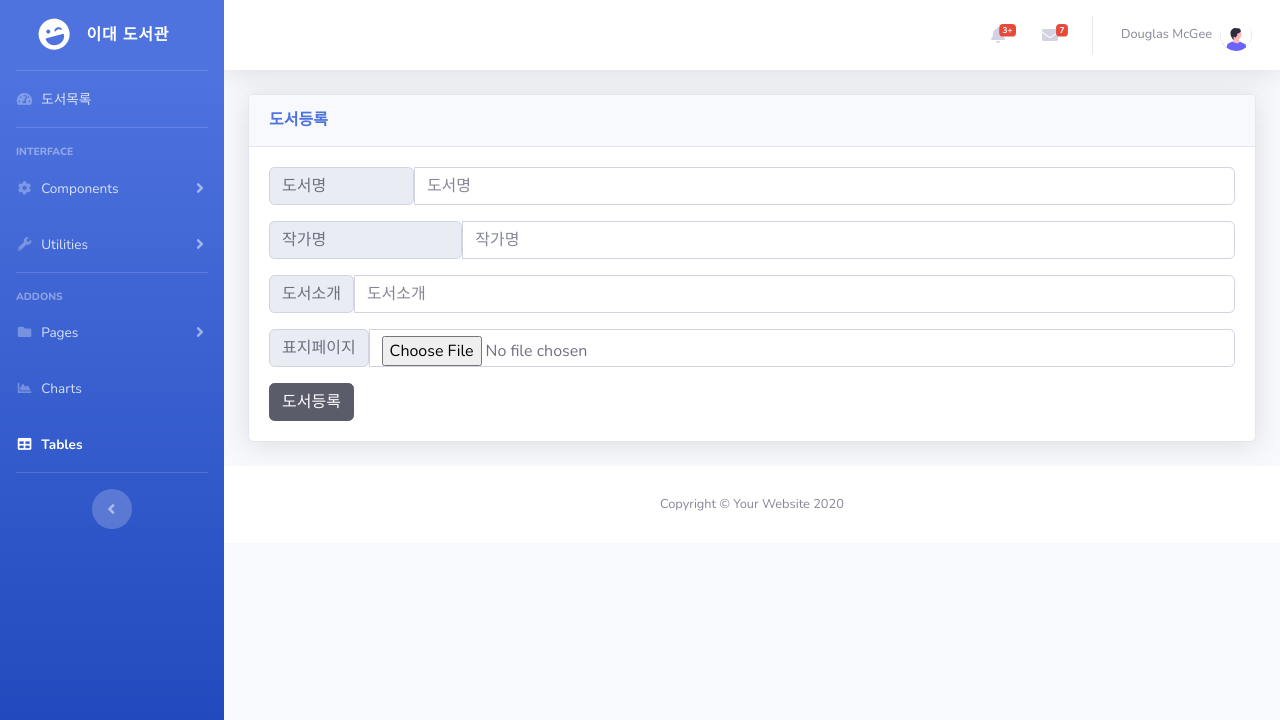
Repository: allely/spring
Page: http://localhost/jsp/book/reg.jsp
An editor plug-in stored every save of this project. The page is shown before and after the next save, followed by the edit.
The browser window is 1280 px wide. The pictures show the whole page.
The page is served by Tomcat 9. Other server files are loaded and not shown.

Above is the page before, as saved 2023-11-27 02:18:21.

### 2. 서블릿 & JSP/jsp/jsp/src/main/webapp/book/reg.jsp
<%@ page language="java" contentType="text/html; charset=UTF-8"
    pageEncoding="UTF-8"%>
<!DOCTYPE html>
<html>
<head>
<meta charset="UTF-8">
<title>Insert title here</title>
<style>
	.w-10{width: 10%}
	.w-15{width: 15%}
	.w-20{width: 20%}
</style>
</head>
<body>
<script type="text/javascript">
	window.onload = function(){
		// regBtn 요소에 이벤트를 추가한다. (아이디로 접근하는 방법)
		regBtn.addEventListener('click', function(){
			// form요소의 이름으로 접근하여 폼을 전송한다.(새로운 페이지 요청)
			regForm.submit();
		});
	}
</script>
	<!-- 도서 등록 화면 -->
	<%@include file="/header.jsp" %>

	<!-- 메인컨텐츠 영역 시작-->
	<div class="container-fluid">
			<div class="card shadow mb-4">

				<div class="card-header py-3">
					<h6 class="m-0 font-weight-bold text-primary">도서등록</h6>
				</div>

				<div class="card-body">
				<!-- 폼등록 -->
				<form action="/book/bookRegProcess" name="regForm" method="post">
					<div class="input-group mb-3">
						<span class="w-15 input-group-text" id="basic-addon1">도서명</span>
						<input type="text" class="form-control" placeholder="도서명" name="title" aria-label="Username" aria-describedby="basic-addon1">
					</div>

					<div class="input-group mb-3">
						<span class="w-20 input-group-text" id="basic-addon1">작가명</span>
						<input type="text" class="form-control" placeholder="작가명" name="author" aria-label="Username" aria-describedby="basic-addon1">
					</div>

					<div class="input-group mb-3">
						<span class="input-group-text" id="basic-addon1">도서소개</span>
						<input type="text" class="form-control" placeholder="도서소개" name="content" aria-label="Username" aria-describedby="basic-addon1">
					</div>

					<div class="input-group mb-3">
						<span class="input-group-text" id="basic-addon1">표지페이지</span>
						 <input type="file" class="form-control" id="inputGroupFile01" name="imgFile">
					</div>

					<button type="button" class="btn btn-dark" id="regBtn">도서등록</button>
				</form>
				</div>

			</div>
	</div>
	<%@include file="/footer.jsp" %>
</body>
</html>

### 2. 서블릿 & JSP/jsp/jsp/src/main/webapp/header.jsp
<%@ page language="java" contentType="text/html; charset=UTF-8"
	pageEncoding="UTF-8"%>
<!DOCTYPE html>
<html>
<head>

<meta charset="utf-8">
<meta http-equiv="X-UA-Compatible" content="IE=edge">
<meta name="viewport"
	content="width=device-width, initial-scale=1, shrink-to-fit=no">
<meta name="description" content="">
<meta name="author" content="">

<title>SB Admin 2 - Tables</title>

<!-- Custom fonts for this template -->
<link href="../vendor/fontawesome-free/css/all.min.css" rel="stylesheet"
	type="text/css">
<link
	href="https://fonts.googleapis.com/css?family=Nunito:200,200i,300,300i,400,400i,600,600i,700,700i,800,800i,900,900i"
	rel="stylesheet">

<!-- Custom styles for this template -->
<link href="/css/sb-admin-2.min.css" rel="stylesheet">

<!-- Custom styles for this page -->
<link href="/vendor/datatables/dataTables.bootstrap4.min.css"
	rel="stylesheet">

</head>

<body id="page-top">

	<!-- Page Wrapper -->
	<div id="wrapper">

		<!-- Sidebar -->
		<ul
			class="navbar-nav bg-gradient-primary sidebar sidebar-dark accordion"
			id="accordionSidebar">

			<!-- Sidebar - Brand -->
			<a
				class="sidebar-brand d-flex align-items-center justify-content-center"
				href="index.html">
				<div class="sidebar-brand-icon rotate-n-15">
					<i class="fas fa-laugh-wink"></i>
				</div>
				<div class="sidebar-brand-text mx-3">
					이대 도서관</sup>
				</div>
			</a>

			<!-- Divider -->
			<hr class="sidebar-divider my-0">

			<!-- Nav Item - Dashboard -->
			<li class="nav-item"><a class="nav-link" href="index.html">
					<i class="fas fa-fw fa-tachometer-alt"></i> <span>도서목록</span>
			</a></li>

			<!-- Divider -->
			<hr class="sidebar-divider">

			<!-- Heading -->
			<div class="sidebar-heading">Interface</div>

			<!-- Nav Item - Pages Collapse Menu -->
			<li class="nav-item"><a class="nav-link collapsed" href="#"
				data-toggle="collapse" data-target="#collapseTwo"
				aria-expanded="true" aria-controls="collapseTwo"> <i
					class="fas fa-fw fa-cog"></i> <span>Components</span>
			</a>
				<div id="collapseTwo" class="collapse" aria-labelledby="headingTwo"
					data-parent="#accordionSidebar">
					<div class="bg-white py-2 collapse-inner rounded">
						<h6 class="collapse-header">Custom Components:</h6>
						<a class="collapse-item" href="buttons.html">Buttons</a> <a
							class="collapse-item" href="cards.html">Cards</a>
					</div>
				</div></li>

			<!-- Nav Item - Utilities Collapse Menu -->
			<li class="nav-item"><a class="nav-link collapsed" href="#"
				data-toggle="collapse" data-target="#collapseUtilities"
				aria-expanded="true" aria-controls="collapseUtilities"> <i
					class="fas fa-fw fa-wrench"></i> <span>Utilities</span>
			</a>
				<div id="collapseUtilities" class="collapse"
					aria-labelledby="headingUtilities" data-parent="#accordionSidebar">
					<div class="bg-white py-2 collapse-inner rounded">
						<h6 class="collapse-header">Custom Utilities:</h6>
						<a class="collapse-item" href="utilities-color.html">Colors</a> <a
							class="collapse-item" href="utilities-border.html">Borders</a> <a
							class="collapse-item" href="utilities-animation.html">Animations</a>
						<a class="collapse-item" href="utilities-other.html">Other</a>
					</div>
				</div></li>

			<!-- Divider -->
			<hr class="sidebar-divider">

			<!-- Heading -->
			<div class="sidebar-heading">Addons</div>

			<!-- Nav Item - Pages Collapse Menu -->
			<li class="nav-item"><a class="nav-link collapsed" href="#"
				data-toggle="collapse" data-target="#collapsePages"
				aria-expanded="true" aria-controls="collapsePages"> <i
					class="fas fa-fw fa-folder"></i> <span>Pages</span>
			</a>
				<div id="collapsePages" class="collapse"
					aria-labelledby="headingPages" data-parent="#accordionSidebar">
					<div class="bg-white py-2 collapse-inner rounded">
						<h6 class="collapse-header">Login Screens:</h6>
						<a class="collapse-item" href="login.html">Login</a> <a
							class="collapse-item" href="register.html">Register</a> <a
							class="collapse-item" href="forgot-password.html">Forgot
							Password</a>
						<div class="collapse-divider"></div>
						<h6 class="collapse-header">Other Pages:</h6>
						<a class="collapse-item" href="404.html">404 Page</a> <a
							class="collapse-item" href="blank.html">Blank Page</a>
					</div>
				</div></li>

			<!-- Nav Item - Charts -->
			<li class="nav-item"><a class="nav-link" href="charts.html">
					<i class="fas fa-fw fa-chart-area"></i> <span>Charts</span>
			</a></li>

			<!-- Nav Item - Tables -->
			<li class="nav-item active"><a class="nav-link"
				href="tables.html"> <i class="fas fa-fw fa-table"></i> <span>Tables</span></a>
			</li>

			<!-- Divider -->
			<hr class="sidebar-divider d-none d-md-block">

			<!-- Sidebar Toggler (Sidebar) -->
			<div class="text-center d-none d-md-inline">
				<button class="rounded-circle border-0" id="sidebarToggle"></button>
			</div>

		</ul>
		<!-- End of Sidebar -->

		<!-- Content Wrapper -->
		<div id="content-wrapper" class="d-flex flex-column">

			<!-- Main Content -->
			<div id="content">

				<!-- Topbar -->
				<nav
					class="navbar navbar-expand navbar-light bg-white topbar mb-4 static-top shadow">

					<!-- Sidebar Toggle (Topbar) -->
					<form class="form-inline">
						<button id="sidebarToggleTop"
							class="btn btn-link d-md-none rounded-circle mr-3">
							<i class="fa fa-bars"></i>
						</button>
					</form>




					<!-- Topbar Navbar -->
					<ul class="navbar-nav ml-auto">

						<!-- Nav Item - Search Dropdown (Visible Only XS) -->
						<li class="nav-item dropdown no-arrow d-sm-none"><a
							class="nav-link dropdown-toggle" href="#" id="searchDropdown"
							role="button" data-toggle="dropdown" aria-haspopup="true"
							aria-expanded="false"> <i class="fas fa-search fa-fw"></i>
						</a> <!-- Dropdown - Messages -->
							<div
								class="dropdown-menu dropdown-menu-right p-3 shadow animated--grow-in"
								aria-labelledby="searchDropdown">
								<form class="form-inline mr-auto w-100 navbar-search">
									<div class="input-group">
										<input type="text"
											class="form-control bg-light border-0 small"
											placeholder="Search for..." aria-label="Search"
											aria-describedby="basic-addon2">
										<div class="input-group-append">
											<button class="btn btn-primary" type="button">
												<i class="fas fa-search fa-sm"></i>
											</button>
										</div>
									</div>
								</form>
							</div></li>


						<!-- Nav Item - Alerts -->
						<li class="nav-item dropdown no-arrow mx-1"><a
							class="nav-link dropdown-toggle" href="#" id="alertsDropdown"
							role="button" data-toggle="dropdown" aria-haspopup="true"
							aria-expanded="false"> <i class="fas fa-bell fa-fw"></i> <!-- Counter - Alerts -->
								<span class="badge badge-danger badge-counter">3+</span>
						</a> <!-- Dropdown - Alerts -->
							<div
								class="dropdown-list dropdown-menu dropdown-menu-right shadow animated--grow-in"
								aria-labelledby="alertsDropdown">
								<h6 class="dropdown-header">Alerts Center</h6>
								<a class="dropdown-item d-flex align-items-center" href="#">
									<div class="mr-3">
										<div class="icon-circle bg-primary">
											<i class="fas fa-file-alt text-white"></i>
										</div>
									</div>
									<div>
										<div class="small text-gray-500">December 12, 2019</div>
										<span class="font-weight-bold">A new monthly report is
											ready to download!</span>
									</div>
								</a> <a class="dropdown-item d-flex align-items-center" href="#">
									<div class="mr-3">
										<div class="icon-circle bg-success">
											<i class="fas fa-donate text-white"></i>
										</div>
									</div>
									<div>
										<div class="small text-gray-500">December 7, 2019</div>
										$290.29 has been deposited into your account!
									</div>
								</a> <a class="dropdown-item d-flex align-items-center" href="#">
									<div class="mr-3">
										<div class="icon-circle bg-warning">
											<i class="fas fa-exclamation-triangle text-white"></i>
										</div>
									</div>
									<div>
										<div class="small text-gray-500">December 2, 2019</div>
										Spending Alert: We've noticed unusually high spending for your
										account.
									</div>
								</a> <a class="dropdown-item text-center small text-gray-500"
									href="#">Show All Alerts</a>
							</div></li>

						<!-- Nav Item - Messages -->
						<li class="nav-item dropdown no-arrow mx-1"><a
							class="nav-link dropdown-toggle" href="#" id="messagesDropdown"
							role="button" data-toggle="dropdown" aria-haspopup="true"
							aria-expanded="false"> <i class="fas fa-envelope fa-fw"></i>
								<!-- Counter - Messages --> <span
								class="badge badge-danger badge-counter">7</span>
						</a> <!-- Dropdown - Messages -->
							<div
								class="dropdown-list dropdown-menu dropdown-menu-right shadow animated--grow-in"
								aria-labelledby="messagesDropdown">
								<h6 class="dropdown-header">Message Center</h6>
								<a class="dropdown-item d-flex align-items-center" href="#">
									<div class="dropdown-list-image mr-3">
										<img class="rounded-circle" src="img/undraw_profile_1.svg"
											alt="...">
										<div class="status-indicator bg-success"></div>
									</div>
									<div class="font-weight-bold">
										<div class="text-truncate">Hi there! I am wondering if
											you can help me with a problem I've been having.</div>
										<div class="small text-gray-500">Emily Fowler · 58m</div>
									</div>
								</a> <a class="dropdown-item d-flex align-items-center" href="#">
									<div class="dropdown-list-image mr-3">
										<img class="rounded-circle" src="img/undraw_profile_2.svg"
											alt="...">
										<div class="status-indicator"></div>
									</div>
									<div>
										<div class="text-truncate">I have the photos that you
											ordered last month, how would you like them sent to you?</div>
										<div class="small text-gray-500">Jae Chun · 1d</div>
									</div>
								</a> <a class="dropdown-item d-flex align-items-center" href="#">
									<div class="dropdown-list-image mr-3">
										<img class="rounded-circle" src="img/undraw_profile_3.svg"
											alt="...">
										<div class="status-indicator bg-warning"></div>
									</div>
									<div>
										<div class="text-truncate">Last month's report looks
											great, I am very happy with the progress so far, keep up the
											good work!</div>
										<div class="small text-gray-500">Morgan Alvarez · 2d</div>
									</div>
								</a> <a class="dropdown-item d-flex align-items-center" href="#">
									<div class="dropdown-list-image mr-3">
										<img class="rounded-circle"
											src="https://source.unsplash.com/Mv9hjnEUHR4/60x60" alt="...">
										<div class="status-indicator bg-success"></div>
									</div>
									<div>
										<div class="text-truncate">Am I a good boy? The reason I
											ask is because someone told me that people say this to all
											dogs, even if they aren't good...</div>
										<div class="small text-gray-500">Chicken the Dog · 2w</div>
									</div>
								</a> <a class="dropdown-item text-center small text-gray-500"
									href="#">Read More Messages</a>
							</div></li>

						<div class="topbar-divider d-none d-sm-block"></div>

						<!-- Nav Item - User Information -->
						<li class="nav-item dropdown no-arrow"><a
							class="nav-link dropdown-toggle" href="#" id="userDropdown"
							role="button" data-toggle="dropdown" aria-haspopup="true"
							aria-expanded="false"> <span
								class="mr-2 d-none d-lg-inline text-gray-600 small">Douglas
									McGee</span> <img class="img-profile rounded-circle"
								src="img/undraw_profile.svg">
						</a> <!-- Dropdown - User Information -->
							<div
								class="dropdown-menu dropdown-menu-right shadow animated--grow-in"
								aria-labelledby="userDropdown">
								<a class="dropdown-item" href="#"> <i
									class="fas fa-user fa-sm fa-fw mr-2 text-gray-400"></i> Profile
								</a> <a class="dropdown-item" href="#"> <i
									class="fas fa-cogs fa-sm fa-fw mr-2 text-gray-400"></i>
									Settings
								</a> <a class="dropdown-item" href="#"> <i
									class="fas fa-list fa-sm fa-fw mr-2 text-gray-400"></i>
									Activity Log
								</a>
								<div class="dropdown-divider"></div>
								<a class="dropdown-item" href="#" data-toggle="modal"
									data-target="#logoutModal"> <i
									class="fas fa-sign-out-alt fa-sm fa-fw mr-2 text-gray-400"></i>
									Logout
								</a>
							</div></li>

					</ul>

				</nav>
				<!-- End of Topbar -->
</body>
</html>

### 2. 서블릿 & JSP/jsp/jsp/src/main/webapp/footer.jsp
<%@ page language="java" contentType="text/html; charset=UTF-8"
    pageEncoding="UTF-8"%>
<!DOCTYPE html>
<html>
<head>
<meta charset="UTF-8">
<title>Insert title here</title>
</head>
<body>
<div>
<div>

 <!-- Footer -->
            <footer class="sticky-footer bg-white">
                <div class="container my-auto">
                    <div class="copyright text-center my-auto">
                        <span>Copyright &copy; Your Website 2020</span>
                    </div>
                </div>
            </footer>
            <!-- End of Footer -->

        </div>
        <!-- End of Content Wrapper -->

    </div>
    <!-- End of Page Wrapper -->

    <!-- Scroll to Top Button-->
    <a class="scroll-to-top rounded" href="#page-top">
        <i class="fas fa-angle-up"></i>
    </a>

    <!-- Logout Modal-->
    <div class="modal fade" id="logoutModal" tabindex="-1" role="dialog" aria-labelledby="exampleModalLabel"
        aria-hidden="true">
        <div class="modal-dialog" role="document">
            <div class="modal-content">
                <div class="modal-header">
                    <h5 class="modal-title" id="exampleModalLabel">Ready to Leave?</h5>
                    <button class="close" type="button" data-dismiss="modal" aria-label="Close">
                        <span aria-hidden="true">×</span>
                    </button>
                </div>
                <div class="modal-body">Select "Logout" below if you are ready to end your current session.</div>
                <div class="modal-footer">
                    <button class="btn btn-secondary" type="button" data-dismiss="modal">Cancel</button>
                    <a class="btn btn-primary" href="login.html">Logout</a>
                </div>
            </div>
        </div>
    </div>

    <!-- Bootstrap core JavaScript-->
    <script src="/vendor/jquery/jquery.min.js"></script>
    <script src="/vendor/bootstrap/js/bootstrap.bundle.min.js"></script>

    <!-- Core plugin JavaScript-->
    <script src="/vendor/jquery-easing/jquery.easing.min.js"></script>

    <!-- Custom scripts for all pages-->
    <script src="js/sb-admin-2.min.js"></script>

    <!-- Page level plugins -->
    <script src="/vendor/datatables/jquery.dataTables.min.js"></script>
    <script src="/vendor/datatables/dataTables.bootstrap4.min.js"></script>

    <!-- Page level custom scripts -->
    <script src="js/demo/datatables-demo.js"></script>

</body>
</html>

### 2. 서블릿 & JSP/jsp/jsp/src/main/webapp/img/undraw_profile.svg
<svg xmlns="http://www.w3.org/2000/svg" width="532" height="532" viewBox="0 0 532 532" xmlns:xlink="http://www.w3.org/1999/xlink"><circle cx="270.75986" cy="260.93427" r="86.34897" fill="#ffb6b6"/><polygon points="221.18982 360.05209 217.28876 320.6185 295.18982 306.05209 341.18982 418.05209 261.18982 510.05209 204.18982 398.05209 221.18982 360.05209" fill="#ffb6b6"/><path d="m216.0374,340.35736l17.03111,3.84802s-13.38821-42.45453-8.84396-46.50766c4.54427-4.05316,15.68007,2.33328,15.68007,2.33328l11.70201,13.1199,14.25394-14.51239s15.47495-19.2421,21.53397-24.6463-3.67319-25.46364-3.67319-25.46364c0,0,89.89185-24.23923,56.44299-67.83968,0,0-19.61093-34.18452-25.99734-23.04871-6.38641,11.1358-14.00162-6.55013-14.00162-6.55013l-23.25381,4.42198s-45.89429-27.06042-89.45331,30.82959c-43.55902,57.89003,28.57916,154.01572,28.57916,154.01572h-.00002Z" fill="#2f2e41"/><path d="m433.16003,472.95001c-47.19,38.26001-105.57001,59.04999-167.16003,59.04999-56.23999,0-109.81-17.33997-154.62-49.47998.08002-.84003.16003-1.66998.23004-2.5,1.19-13,2.25-25.64001,2.94995-36.12,2.71002-40.69,97.64001-67.81,97.64001-67.81,0,0,.42999.42999,1.29004,1.17999,5.23999,4.59998,26.50995,21.27997,63.81,25.94,33.25995,4.15997,44.20996-15.57001,47.51996-25.02002,1-2.88,1.30005-4.81,1.30005-4.81l97.63995,46.10999c6.37,9.10004,8.86005,28.70001,9.35004,50.73004.01996.90997.03998,1.81.04999,2.72998Z" fill="#6c63ff"/><path d="m454.09003,77.91003C403.85004,27.66998,337.05005,0,266,0S128.15002,27.66998,77.91003,77.91003C27.67004,128.15002,0,194.95001,0,266c0,64.85004,23.05005,126.16003,65.29004,174.57001,4.02997,4.63,8.23999,9.14001,12.62,13.52002,1.02997,1.02997,2.07001,2.06,3.12,3.06,2.79999,2.70996,5.65002,5.35999,8.54999,7.92999,1.76001,1.57001,3.54004,3.10999,5.34003,4.62,1.40997,1.19,2.82001,2.35999,4.25,3.51001.02997.02997.04999.04999.07996.07001,3.97003,3.19995,8.01001,6.27997,12.13,9.23999,44.81,32.14001,98.37999,49.47998,154.61998,49.47998,61.59003,0,119.97003-20.78998,167.16003-59.04999,3.84998-3.12,7.62-6.35999,11.32001-9.71002,3.26996-2.95996,6.46997-6.01001,9.60999-9.14996.98999-.98999,1.97998-1.98999,2.95001-3,2.70001-2.78003,5.32001-5.61005,7.88-8.48004,43.37-48.71997,67.07996-110.83997,67.07996-176.60999,0-71.04999-27.66998-137.84998-77.90997-188.08997Zm10.17999,362.20997c-2.5,2.84003-5.06,5.64001-7.67999,8.37-4.08002,4.25-8.28998,8.37-12.64001,12.34003-1.64996,1.52002-3.32001,3-5.01001,4.46997-1.91998,1.67004-3.85999,3.31-5.82996,4.92004-15.53003,12.75-32.54004,23.75-50.73004,32.70996-7.19,3.54999-14.56,6.78003-22.09998,9.67004-29.28998,11.23999-61.08002,17.39996-94.28003,17.39996-32.03998,0-62.75995-5.73999-91.19-16.23999-11.66998-4.29999-22.94995-9.40997-33.77997-15.26001-1.59003-.85999-3.16998-1.72998-4.73999-2.62-8.26001-4.67999-16.25-9.78998-23.91998-15.31-.25-.17999-.51001-.37-.76001-.54999-5.46002-3.94-10.77002-8.09003-15.90002-12.45001-1.88-1.59003-3.73999-3.20001-5.57001-4.84998-2.97998-2.65002-5.89996-5.38-8.75-8.18005-5.39996-5.28998-10.56-10.79999-15.48999-16.52997C26.09003,391.77002,2,331.65002,2,266,2,120.42999,120.43005,2,266,2s264,118.42999,264,264c0,66.66003-24.82996,127.62-65.72998,174.12Z" fill="#3f3d56"/></svg>

Loaded but not shown: 2. 서블릿 & JSP/jsp/jsp/src/main/webapp/css/sb-admin-2.min.css (library); 2. 서블릿 & JSP/jsp/jsp/src/main/webapp/js/sb-admin-2.min.js (common file); 2. 서블릿 & JSP/jsp/jsp/src/main/webapp/js/demo/datatables-demo.js (common file)

After the next save:
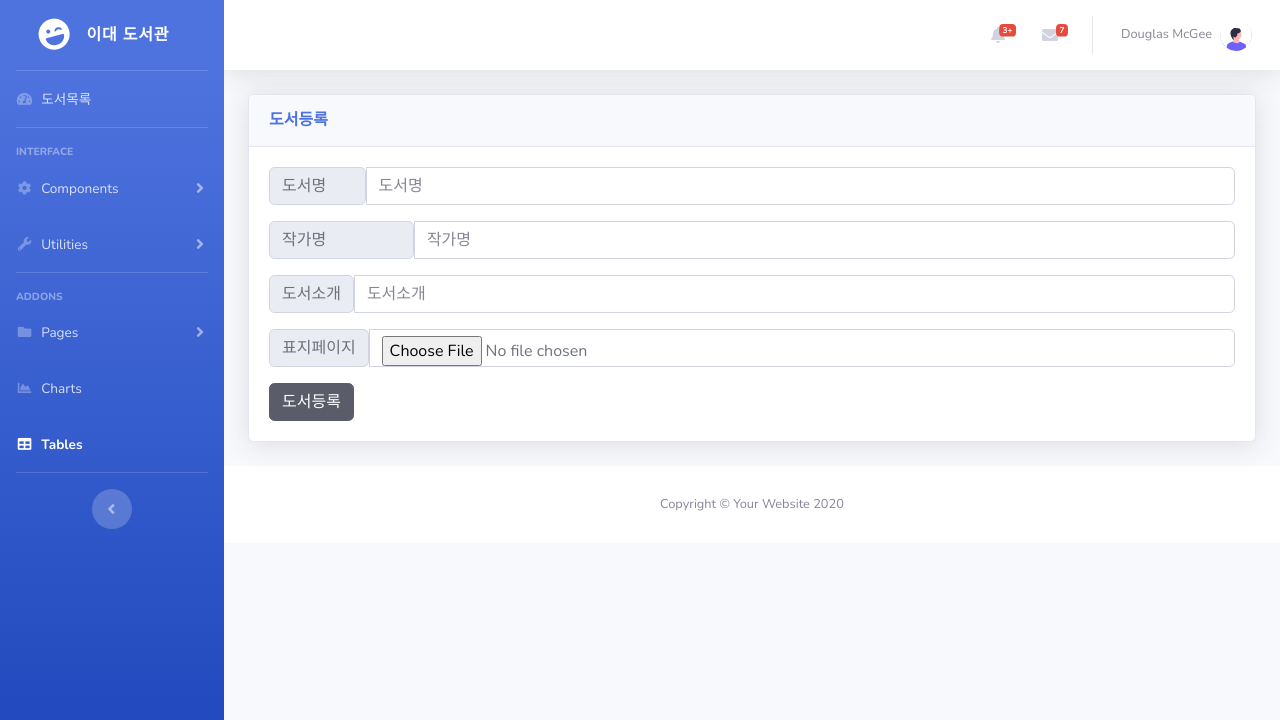
Saved 17 s later.
--- a/2. 서블릿 & JSP/jsp/jsp/src/main/webapp/book/reg.jsp
+++ b/2. 서블릿 & JSP/jsp/jsp/src/main/webapp/book/reg.jsp
@@ -36,17 +36,17 @@
 				<!-- 폼등록 -->
 				<form action="/book/bookRegProcess" name="regForm" method="post">
 					<div class="input-group mb-3">
-						<span class="w-15 input-group-text" id="basic-addon1">도서명</span>
+						<span class="w-10 input-group-text" id="basic-addon1">도서명</span>
 						<input type="text" class="form-control" placeholder="도서명" name="title" aria-label="Username" aria-describedby="basic-addon1">
 					</div>
 
 					<div class="input-group mb-3">
-						<span class="w-20 input-group-text" id="basic-addon1">작가명</span>
+						<span class="w-15 input-group-text" id="basic-addon1">작가명</span>
 						<input type="text" class="form-control" placeholder="작가명" name="author" aria-label="Username" aria-describedby="basic-addon1">
 					</div>
 
 					<div class="input-group mb-3">
-						<span class="input-group-text" id="basic-addon1">도서소개</span>
+						<span class="w- 20 input-group-text" id="basic-addon1">도서소개</span>
 						<input type="text" class="form-control" placeholder="도서소개" name="content" aria-label="Username" aria-describedby="basic-addon1">
 					</div>
 
